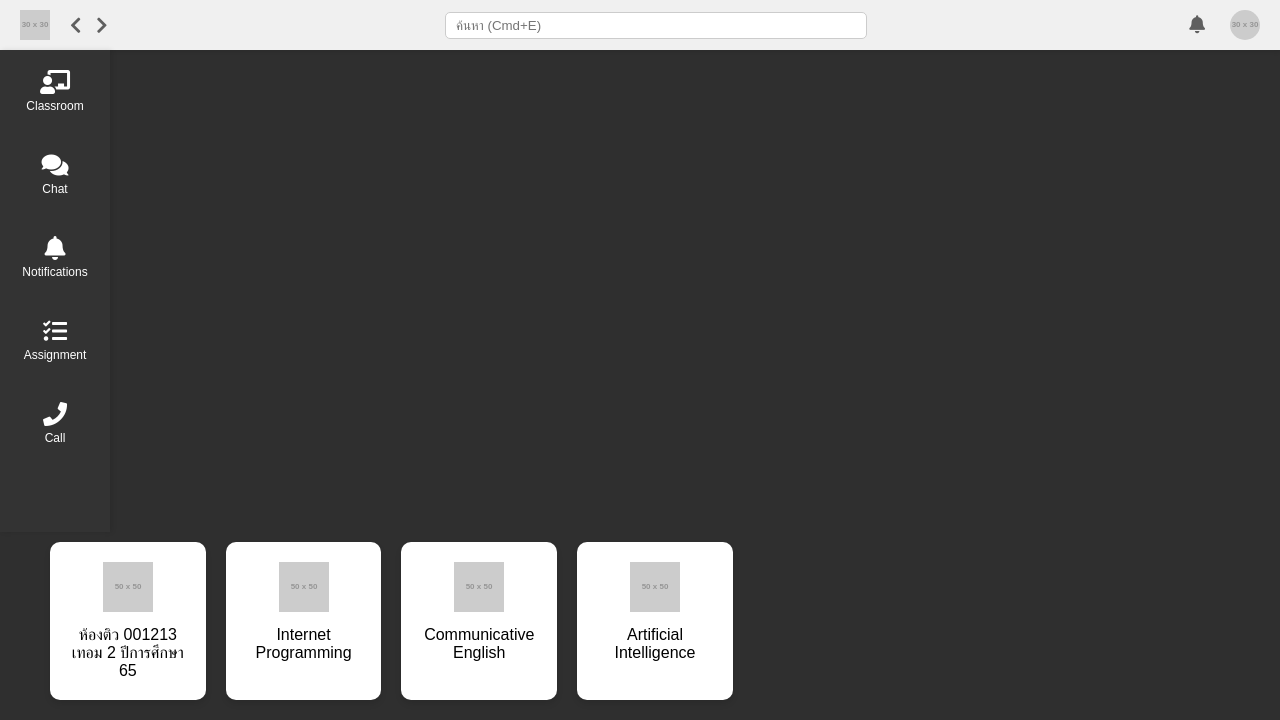
Repository: praifas16/ProPro
Page: docs/studenthead.html
An editor plug-in stored every save of this project. The page is shown before and after the next save, followed by the edit.
The browser window is 1280 px wide. The pictures show the whole page.

Above is the page before, as saved 2024-08-21 20:43:30.

### docs/studenthead.html
<!DOCTYPE html>
<html lang="th">
  <head>
    <link rel="stylesheet" href="https://cdnjs.cloudflare.com/ajax/libs/font-awesome/5.15.4/css/all.min.css">
    <meta charset="UTF-8" />
    <meta name="viewport" content="width=device-width, initial-scale=1.0" />
    <title>My Dashboard</title>
    <style>
      body {
        font-family: Arial, sans-serif;
        margin: 0;
        padding: 0;
        background-color: #2f2f2f;
        display: flex;
        flex-direction: column;
        height: 100vh;
      }

      /* แถบเมนูด้านบน */
      .topbar {
        background-color: #f0f0f0;
        padding: 10px 20px;
        display: flex;
        align-items: center;
        justify-content: space-between;
        box-shadow: 0px 2px 4px rgba(0, 0, 0, 0.1);
      }

      .topbar .left-section {
        display: flex;
        align-items: center;
      }

      .topbar .left-section .logo {
        display: flex;
        align-items: center;
        margin-right: 20px;
      }

      .topbar .left-section .logo img {
        width: 30px;
        height: 30px;
      }

      .topbar .left-section .navigation {
        display: flex;
        align-items: center;
      }

      .topbar .left-section .navigation i {
        font-size: 18px;
        color: #5f5f5f;
        margin-right: 15px;
        cursor: pointer;
      }

      .topbar .search-bar {
        flex-grow: 1;
        display: flex;
        justify-content: center;
      }

      .topbar .search-bar input {
        width: 400px;
        padding: 5px 10px;
        border-radius: 5px;
        border: 1px solid #ccc;
        background-color: #fff;
        color: #333;
      }

      .topbar .user-section {
        display: flex;
        align-items: center;
      }

      .topbar .user-section img {
        width: 30px;
        height: 30px;
        border-radius: 50%;
        margin-left: 10px;
      }

      .topbar .user-section .notification {
        margin-right: 15px;
        position: relative;
        font-size: 18px;
        color: #5f5f5f;
        cursor: pointer;
      }

      /* เมนูแถบข้าง */
      .sidebar {
        width: 70px;
        background-color: #333;
        color: white;
        height: calc(100vh - 60px); /* Adjusted to take into account the topbar height */
        padding: 20px 20px;
        box-shadow: 2px 0 5px rgba(0, 0, 0, 0.1);
        display: flex;
        flex-direction: column;
        align-items: center;
      }

      .menu-items {
        margin-top: -10px; /* ขยับเมนูขึ้นไปด้านบน */
      }

      .sidebar a {
        display: flex;
        flex-direction: column;
        align-items: center;
        color: white;
        padding: 10px;
        text-decoration: none;
        margin-bottom: 20px;
        font-size: 12px;
        text-align: center;
      }

      .sidebar a:hover {
        background-color: #5f5f5f;
        border-radius: 4px;
        width: 80%;
        text-align: center;
      }

      .sidebar i {
        font-size: 24px;
        margin-bottom: 5px;
      }

      /* โครงสร้างหน้าเว็บหลัก */
      .main-content {
        flex-grow: 1;
        padding: 10px 20px 20px 50px; /* ลด padding-top เพื่อขยับขึ้น */
      }

      .container {
        display: grid;
        grid-template-columns: repeat(auto-fill, minmax(150px, 1fr));
        gap: 20px;
        padding-top: 0px; /* ปรับ padding-top ของ container */
      }

      .card {
        background-color: #ffffff;
        border-radius: 10px;
        box-shadow: 0 4px 6px rgba(0, 0, 0, 0.1);
        text-align: center;
        padding: 20px;
        transition: transform 0.3s;
      }

      .card:hover {
        transform: scale(1.05);
      }

      .card img {
        width: 50px;
        height: 50px;
        margin-bottom: 10px;
      }

      .card p {
        margin: 0;
        font-size: 16px;
      }
    </style>
  </head>
  <body>
    <!-- แถบเมนูด้านบน -->
    <div class="topbar">
      <div class="left-section">
        <div class="logo">
          <img src="https://via.placeholder.com/30" alt="Logo" />
        </div>
        <div class="navigation">
          <i class="fas fa-chevron-left"></i>
          <i class="fas fa-chevron-right"></i>
        </div>
      </div>
      <div class="search-bar">
        <input type="text" placeholder="ค้นหา (Cmd+E)" />
      </div>
      <div class="user-section">
        <div class="notification">
          <i class="fa fa-bell"></i>
        </div>
        <img src="https://via.placeholder.com/30" alt="User Avatar" />
      </div>
    </div>

    <!-- เมนูแถบข้าง -->
    <div class="sidebar">
      <div class="menu-items">
        <a href="#"
          ><i class="fa fa-chalkboard-teacher"></i><span>Classroom</span></a
        >
        <a href="#"><i class="fa fa-comments"></i><span>Chat</span></a>
        <a href="#"><i class="fa fa-bell"></i><span>Notifications</span></a>
        <a href="#"><i class="fa fa-tasks"></i><span>Assignment</span></a>
        <a href="#"><i class="fa fa-phone"></i><span>Call</span></a>
      </div>
    </div>

    <!-- เนื้อหาหลัก -->
    <div class="main-content">
      <div class="container">
        <div class="card">
          <img src="https://via.placeholder.com/50" alt="icon" />
          <p>ห้องติว 001213 เทอม 2 ปีการศึกษา 65</p>
        </div>
        <div class="card">
          <img src="https://via.placeholder.com/50" alt="icon" />
          <p>Internet Programming</p>
        </div>
        <div class="card">
          <img src="https://via.placeholder.com/50" alt="icon" />
          <p>Communicative English</p>
        </div>
        <div class="card">
          <img src="https://via.placeholder.com/50" alt="icon" />
          <p>Artificial Intelligence</p>
        </div>
        <!-- เพิ่มเติม Card อื่น ๆ ตามต้องการ -->
      </div>
    </div>
  </body>
</html>

After the next save:
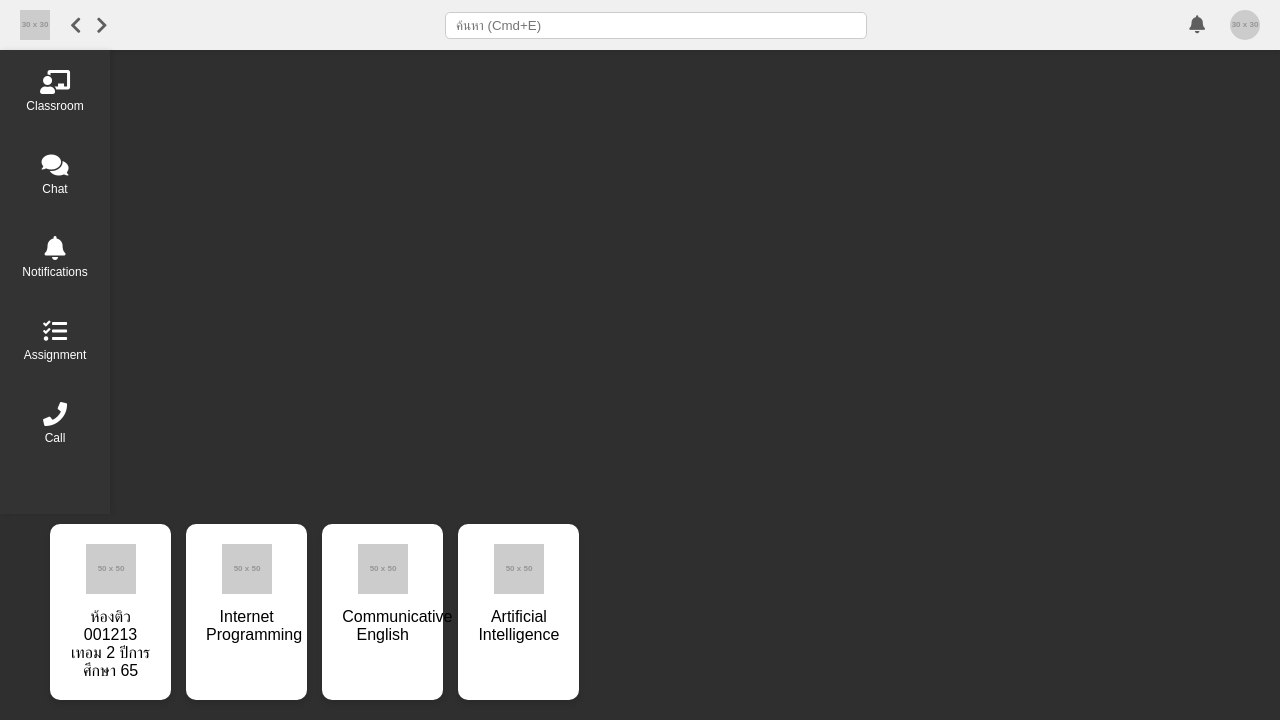
Saved 31 s later.
--- a/docs/studenthead.html
+++ b/docs/studenthead.html
@@ -136,12 +136,17 @@
         padding: 10px 20px 20px 50px; /* ลด padding-top เพื่อขยับขึ้น */
       }
 
-      .container {
+      .main-content {
+        flex-grow: 1;
+        padding: 10px 20px 20px 50px; /* ลด padding ด้านบน เพื่อขยับขึ้น */
+    }
+
+    .container {
         display: grid;
-        grid-template-columns: repeat(auto-fill, minmax(150px, 1fr));
-        gap: 20px;
-        padding-top: 0px; /* ปรับ padding-top ของ container */
-      }
+        grid-template-columns: repeat(auto-fill, minmax(120px, 1fr));
+        gap: 15px; /* ลดช่องว่างระหว่างการ์ด */
+        padding-top: 0px; /* เอา padding-top ออก เพื่อขยับขึ้นไปชิดด้านบน */
+    }
 
       .card {
         background-color: #ffffff;

After the save that followed:
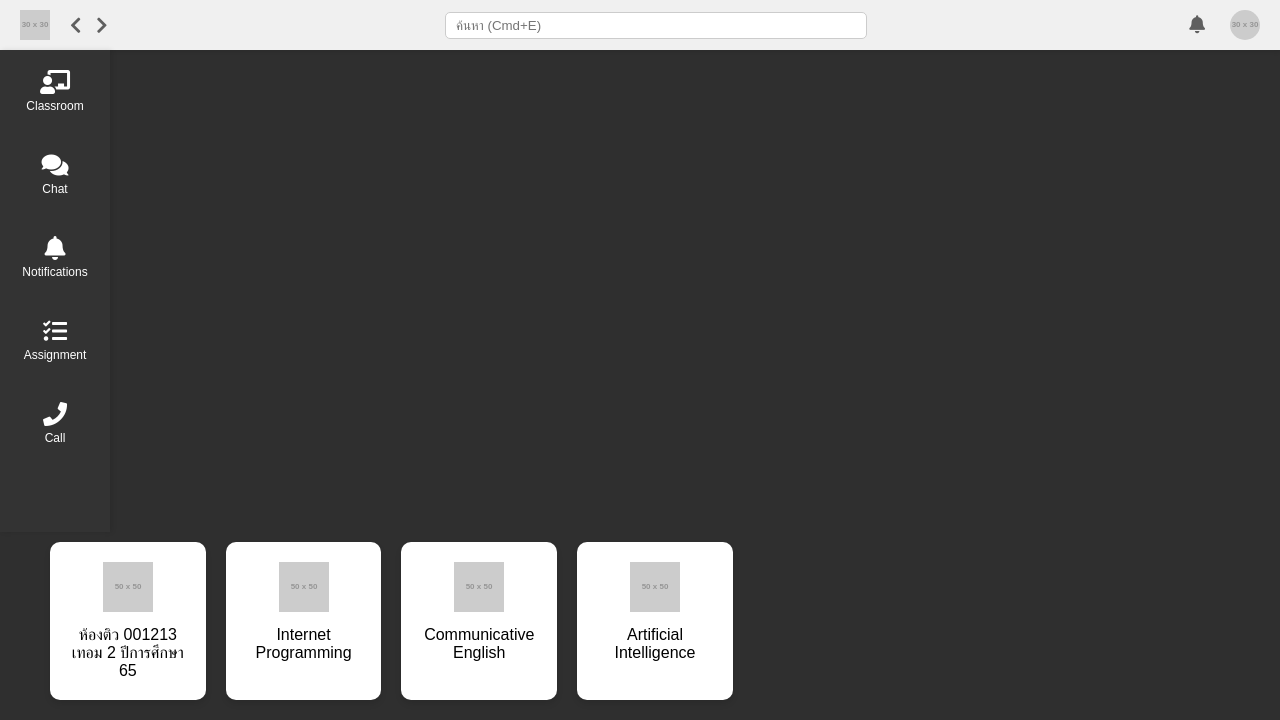
Saved 9 s later.
--- a/docs/studenthead.html
+++ b/docs/studenthead.html
@@ -136,17 +136,12 @@
         padding: 10px 20px 20px 50px; /* ลด padding-top เพื่อขยับขึ้น */
       }
 
-      .main-content {
-        flex-grow: 1;
-        padding: 10px 20px 20px 50px; /* ลด padding ด้านบน เพื่อขยับขึ้น */
-    }
-
-    .container {
+      .container {
         display: grid;
-        grid-template-columns: repeat(auto-fill, minmax(120px, 1fr));
-        gap: 15px; /* ลดช่องว่างระหว่างการ์ด */
-        padding-top: 0px; /* เอา padding-top ออก เพื่อขยับขึ้นไปชิดด้านบน */
-    }
+        grid-template-columns: repeat(auto-fill, minmax(150px, 1fr));
+        gap: 20px;
+        padding-top: 0px; /* ปรับ padding-top ของ container */
+      }
 
       .card {
         background-color: #ffffff;
